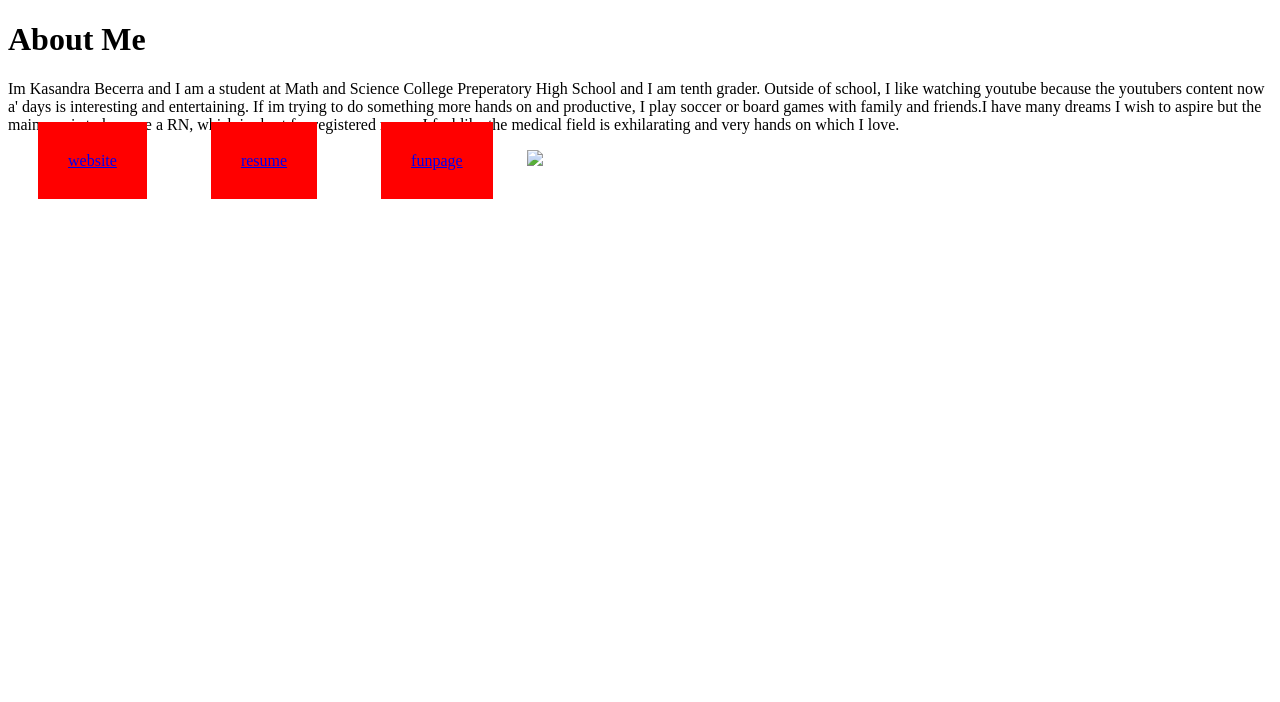
Repository: khipres1/khipres1.github.io
Page: aboutme.html
The author's editor kept a record of every edit. The page is drawn from the files as they stood at one moment, then again after the next edit.
The browser window is 1280 px wide. The pictures show the whole page.

Above is the page before.
Not found: registered-nurse.jpg

### aboutme.html
<!DOCTYPE html>
<html>
<head>
  <title>About Me</title>
  <meta charset="utf-8"/>
  <link rel="stylesheet" type="text/css" href="style.css">
</head>
<h1>About Me</h1>

<body>
  <p>Im Kasandra Becerra and I am a student at Math and Science College Preperatory High School and I am tenth grader. Outside of school, I like watching youtube because the youtubers content now a' days is interesting and entertaining. If im trying to do something more hands on and productive, I play soccer or board games with family and friends.I have many dreams I wish to aspire but the main one is to become a RN, whish is short for registered nurse. I feel like the medical field is exhilarating and very hands on which I love.</p>


    <a href="website.html"> website</a>
    <a href="resume.html">resume</a>
    <a href="funpage.html">funpage</a>

     <img src="registered-nurse.jpg"
   </html>

### style.css

a {
    padding:30px;
    margin:30px;
    background-color: red;
}

After the next edit:
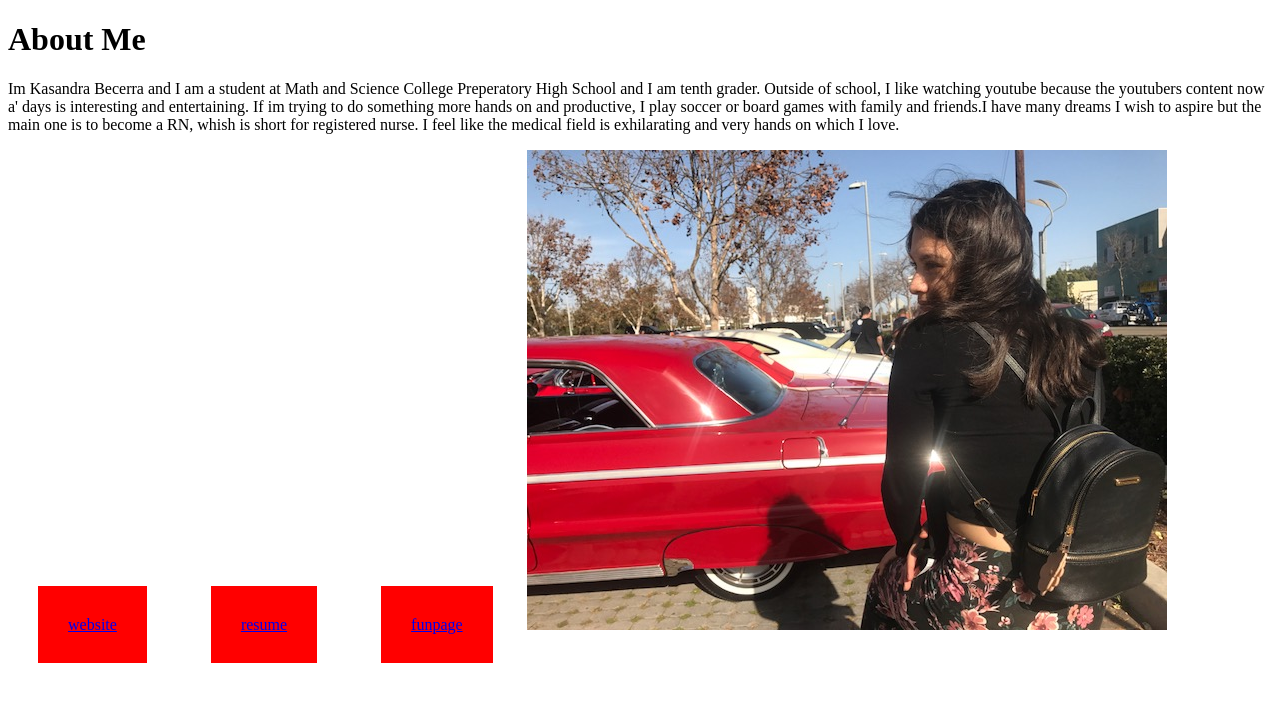
The edit:
--- a/aboutme.html
+++ b/aboutme.html
@@ -15,5 +15,7 @@
     <a href="resume.html">resume</a>
     <a href="funpage.html">funpage</a>
 
-     <img src="registered-nurse.jpg"
+
+     <img src="mypicture.JPG"
+
    </html>
